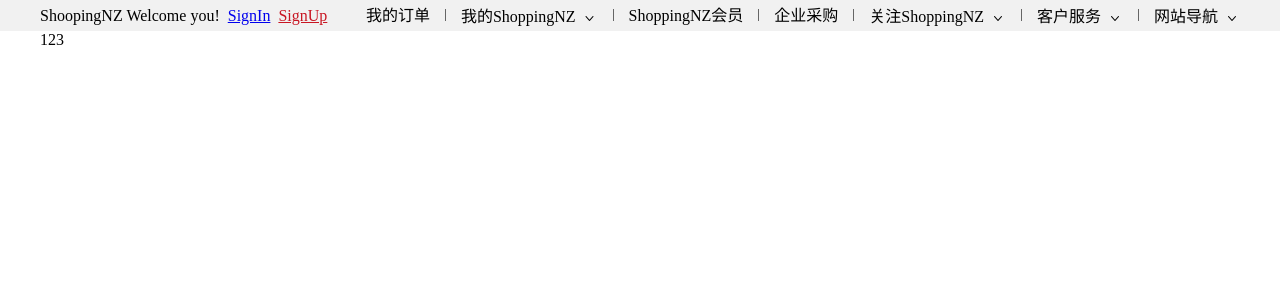
Repository: Jasonlee6789/shoppingWeb
Page: index.html
These files come from the project's save history. The page is drawn as it stood at one moment and after the next save; the edit follows.
The browser window is 1280 px wide. The pictures show the whole page.

Above is the page before, as saved 2020-05-28 10:57:43.

### index.html
<!DOCTYPE html>
<html lang="en">

<head>
    <meta charset="UTF-8">
    <meta name="viewport" content="width=device-width, initial-scale=1.0">
    <title>ShoppingNZ-Jing</title>
    <meta name="description" content="正品低价">
    <meta name="keywords" content="网上购物新西兰">
    <link rel="shortcut icon" href="favicon.ico" />
    <link rel="stylesheet" href="css/base.css">
    <link rel="stylesheet" href="css/common.css">

</head>

<body>

    <section class="shortcut">
        <div class="w">
            <div class="fl">
                <ul>
                    <li>ShoopingNZ Welcome you! &nbsp;</li>
                    <li><a href="#">SignIn</a> &nbsp;<a href="#" class="style_red">SignUp</a>
                    </li>
                </ul>
            </div>
            <div class="fr">
                <ul>
                    <li>我的订单</li>
                    <li></li>
                    <li class="arrow-icon">我的ShoppingNZ</li>
                    <li></li>
                    <li>ShoppingNZ会员</li>
                    <li></li>
                    <li>企业采购</li>
                    <li></li>
                    <li class="arrow-icon">关注ShoppingNZ</li>
                    <li></li>
                    <li class="arrow-icon">客户服务</li>
                    <li></li>
                    <li class="arrow-icon">网站导航</li>
                </ul>
            </div>
        </div>
    </section>

    <header class="header w">
        123
    </header>
</body>

</html>

### css/base.css
* {
    margin: 0;
    padding: 0;
    box-sizing: border-box;
}

em,
i {
    font-style: normal
}

li {
    list-style: none
}

img {
    border: 0;
    vertical-align: middle;
}

### css/common.css
@font-face {
    font-family: 'icomoon';
    src: url('../fonts/icomoon.eot?3a2xdr');
    src: url('../fonts/icomoon.eot?3a2xdr#iefix') format('embedded-opentype'),
        url('../fonts/icomoon.ttf?3a2xdr') format('truetype'),
        url('../fonts/icomoon.woff?3a2xdr') format('woff'),
        url('../fonts/icomoon.svg?3a2xdr#icomoon') format('svg');
    font-weight: normal;
    font-style: normal;
}


/* 版心 */
.w {
    width: 1200px;
    margin: 0 auto;
}

.fl {
    float: left;
}

.fr {
    float: right;
}

.style_red {
    color: #c81623
}

/* 快捷导航 */
.shortcut {
    height: 31px;
    background-color: #f1f1f1;
    line-height: 31px;
}

.shortcut ul li {
    float: left;
}

.shortcut .fr ul li:nth-child(even) {
    width: 1px;
    height: 12px;
    background-color: #666666;
    margin: 9px 15px 0;
}


.arrow-icon::after {
    content: '\ea52';
    font-family: 'icomoon';
    margin-left: 6px;
}


/* < !-- 头部模块制作 --> */
.header {
    height: 105px;
    background-color: #pink;
}

After the next save:
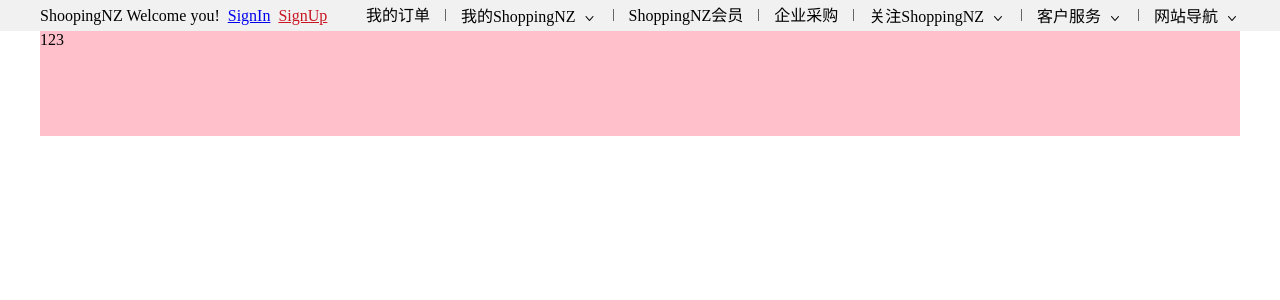
Saved 40 s later.
--- a/css/common.css
+++ b/css/common.css
@@ -57,5 +57,5 @@
 /* < !-- 头部模块制作 --> */
 .header {
     height: 105px;
-    background-color: #pink;
+    background-color: pink;
 }
